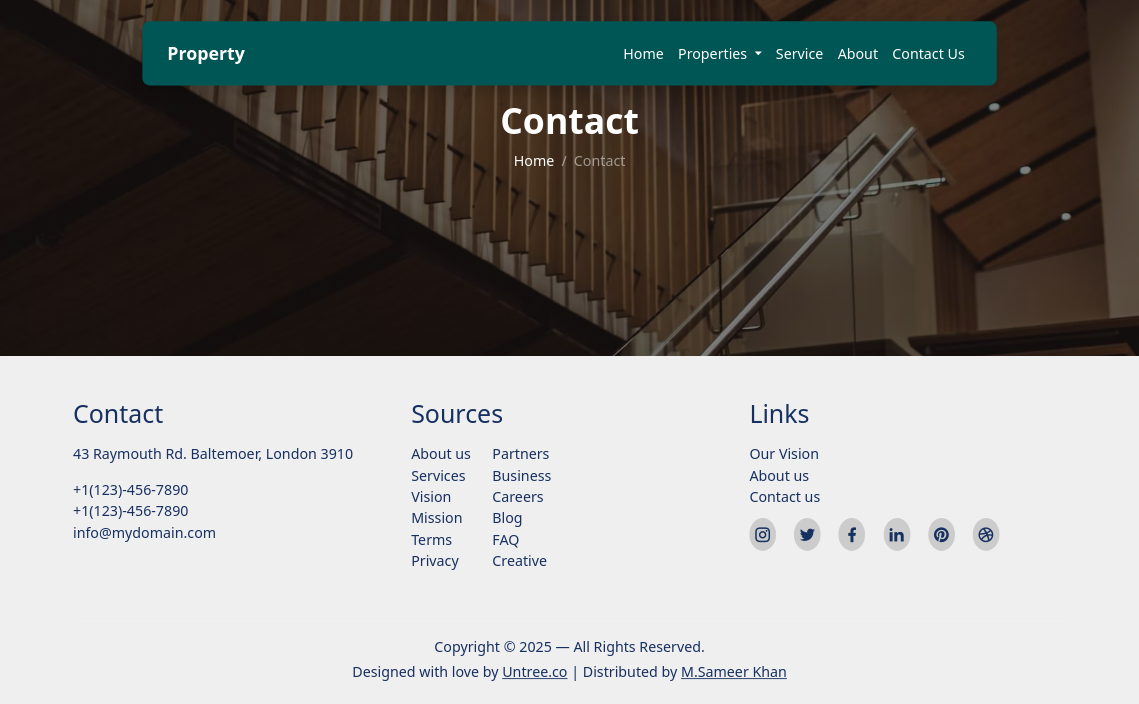
Repository: sameerrrrkhan911-git/Property
Page: contact.html
These files come from the project's save history. The page is drawn as it stood at one moment and after the next save; the edit follows.
The browser window is 1280 px wide. The pictures show the whole page, at 89% of full size.
Some icons come from a web library that is not loaded, so they are not drawn. Some web libraries are served in a nearby version.

Above is the page before, as saved 2025-09-28 18:53:45.
Console error: TypeError: Cannot read properties of undefined (reading 'length')

After the next save:
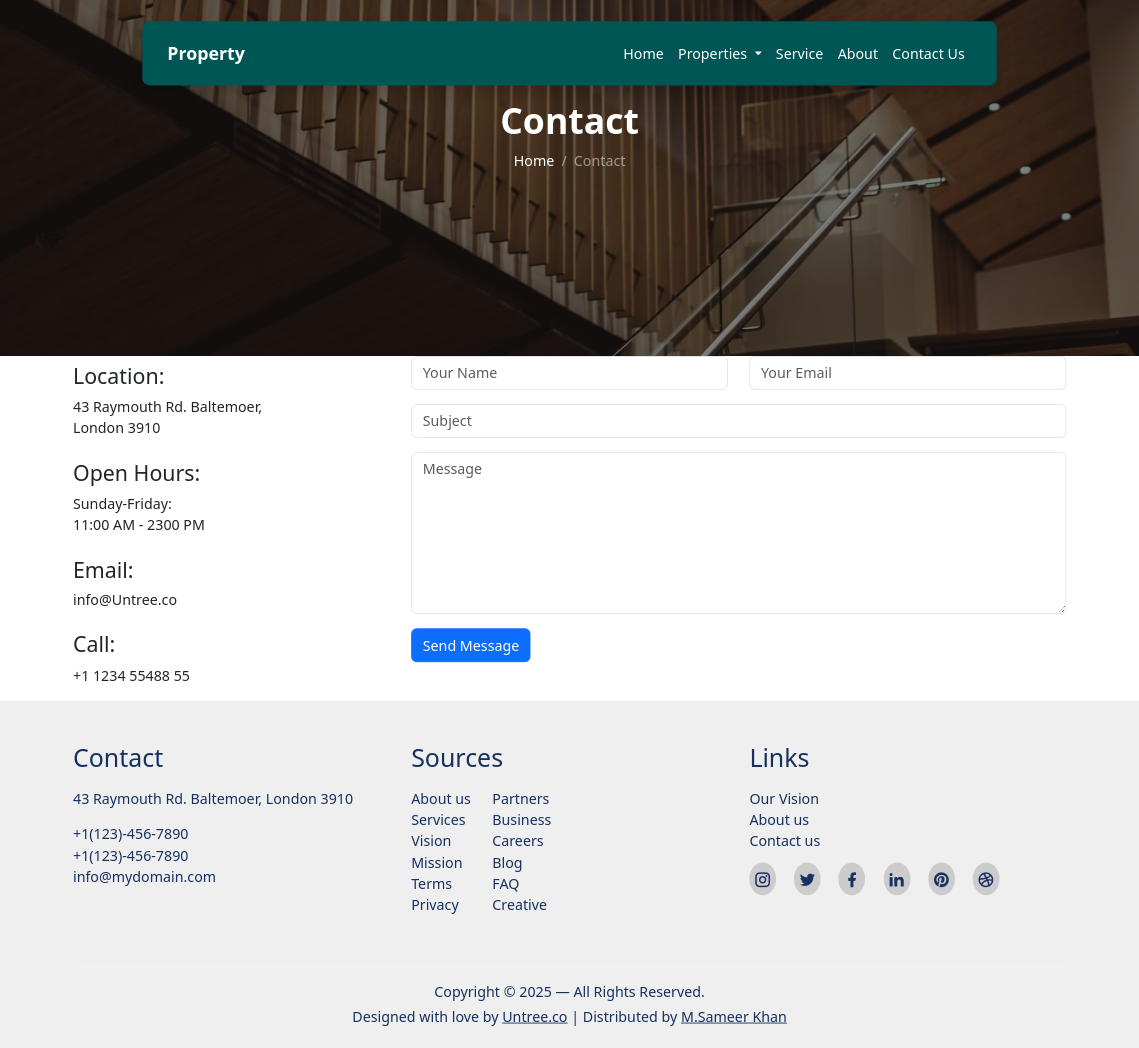
Saved 7 s later.
--- a/contact.html
+++ b/contact.html
@@ -95,7 +95,67 @@
 
     <main>
 
-
+<div class="section">
+      <div class="container">
+        <div class="row">
+          <div class="col-lg-4 mb-5 mb-lg-0 aos-init aos-animate" data-aos="fade-up" data-aos-delay="100">
+            <div class="contact-info">
+              <div class="address mt-2">
+                <i class="icon-room"></i>
+                <h4 class="mb-2">Location:</h4>
+                <p>
+                  43 Raymouth Rd. Baltemoer,<br>
+                  London 3910
+                </p>
+              </div>
+
+              <div class="open-hours mt-4">
+                <i class="icon-clock-o"></i>
+                <h4 class="mb-2">Open Hours:</h4>
+                <p>
+                  Sunday-Friday:<br>
+                  11:00 AM - 2300 PM
+                </p>
+              </div>
+
+              <div class="email mt-4">
+                <i class="icon-envelope"></i>
+                <h4 class="mb-2">Email:</h4>
+                <p>info@Untree.co</p>
+              </div>
+
+              <div class="phone mt-4">
+                <i class="icon-phone"></i>
+                <h4 class="mb-2">Call:</h4>
+                <p>+1 1234 55488 55</p>
+              </div>
+            </div>
+          </div>
+          <div class="col-lg-8 aos-init aos-animate" data-aos="fade-up" data-aos-delay="200">
+            <form action="#">
+              <div class="row">
+                <div class="col-6 mb-3">
+                  <input type="text" class="form-control" placeholder="Your Name">
+                </div>
+                <div class="col-6 mb-3">
+                  <input type="email" class="form-control" placeholder="Your Email">
+                </div>
+                <div class="col-12 mb-3">
+                  <input type="text" class="form-control" placeholder="Subject">
+                </div>
+                <div class="col-12 mb-3">
+                  <textarea name="" id="" cols="30" rows="7" class="form-control" placeholder="Message"></textarea>
+                </div>
+
+                <div class="col-12">
+                  <input type="submit" value="Send Message" class="btn btn-primary">
+                </div>
+              </div>
+            </form>
+          </div>
+        </div>
+      </div>
+    </div>
 
     </main>
 
